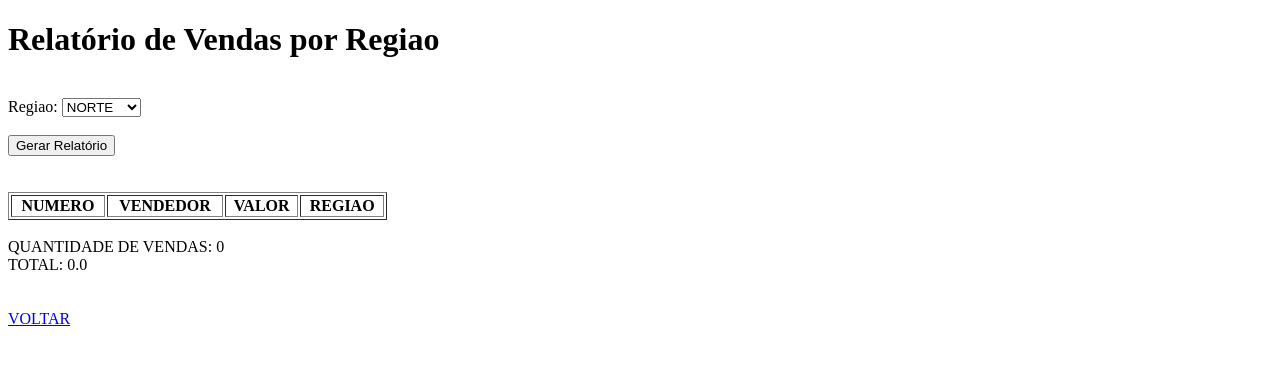
Repository: gabriellacrystina/workspaceWeb
Page: http://localhost/PrjVendas/RelatorioVendasRegiao.jsp
These files come from the project's save history. The page is drawn as it stood at one moment and after the next save; the edit follows.
The browser window is 1280 px wide. The pictures show the whole page.
The page is served by Tomcat 9.

Above is the page before, as saved 2015-09-23 19:21:46.

After the next save:
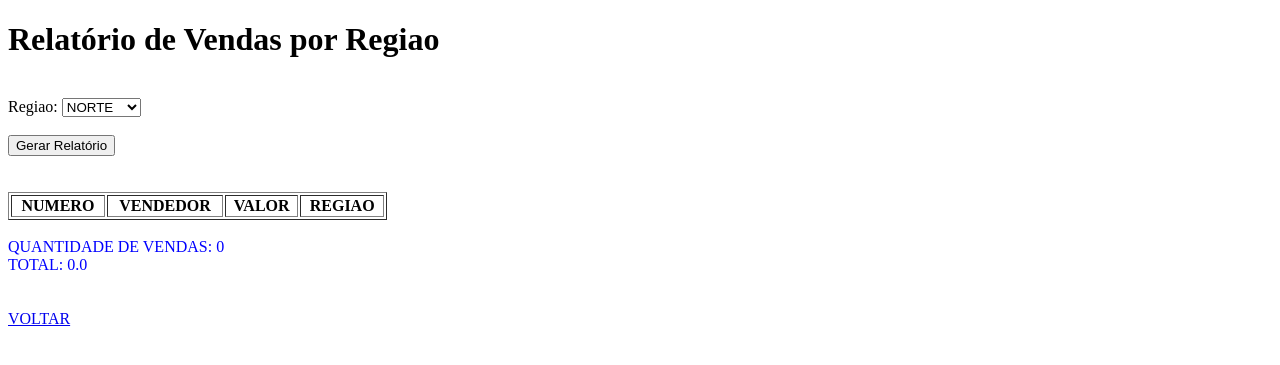
Saved 62 s later.
--- a/PrjVendas/WebContent/RelatorioVendasRegiao.jsp
+++ b/PrjVendas/WebContent/RelatorioVendasRegiao.jsp
@@ -59,7 +59,7 @@
 				}
 			%>
 		</table><br>
-		<div>
+		<div style="color:#0000FF">
 			QUANTIDADE DE VENDAS: <%=qtde%><br>
 			TOTAL: <%=total%>
 		</div><br><br>
